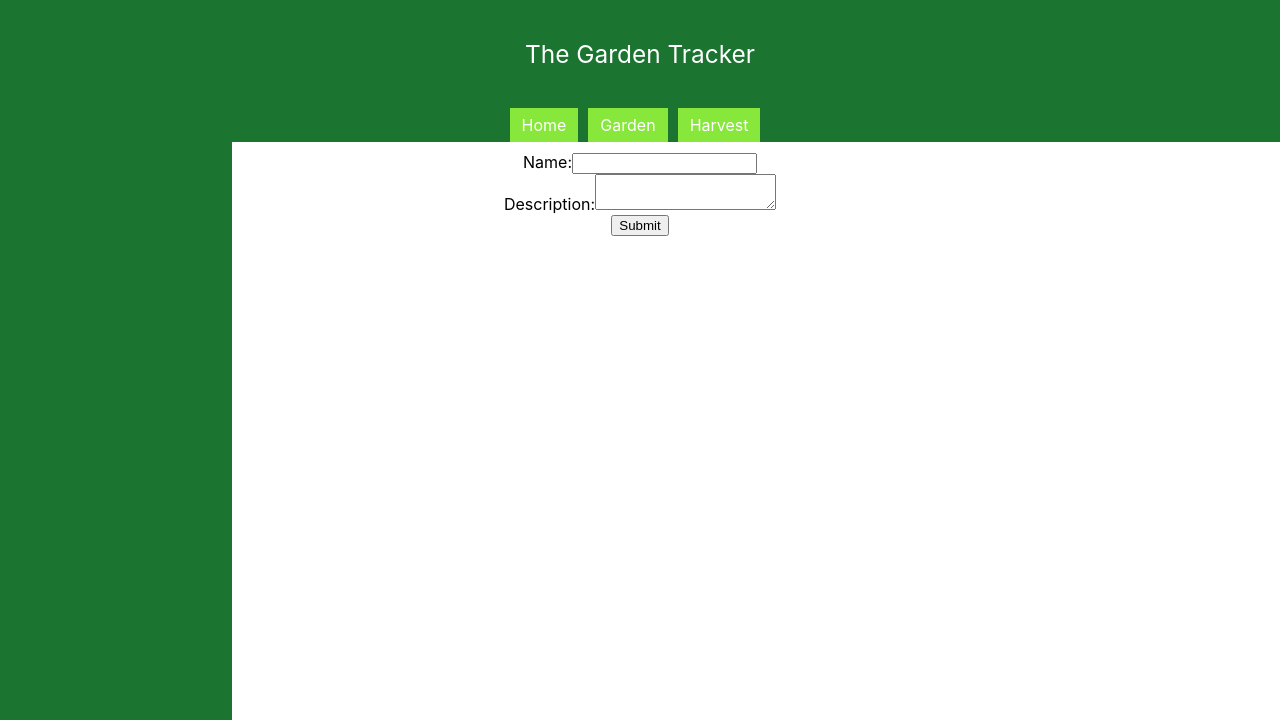
Repository: charliejp0311/ReactReduxFinal
Page: /garden (app in gardentracker/)
These files come from the project's save history. The page is drawn as it stood at one moment and after the next save; the edit follows.
The browser window is 1280 px wide. The pictures show the whole page.
The page's requests for data from a server got no answer. The project was rebuilt for these pictures with package versions that can differ from the ones it lists, and the page was loaded fresh each time. No one was signed in, and anything a server would have sent is missing. Also part of the build but not shown: gardentracker/src/containers/GardenbookContainer.js, gardentracker/src/components/GardenPlant.js, gardentracker/src/components/HarvestPlant.js, gardentracker/src/containers/HarvestContainer.js, gardentracker/src/components/UpdatePlantForm.js, gardentracker/src/components/NoteForm.js, gardentracker/src/components/noteList.js, gardentracker/src/containers/PlantContainer.js and 1 more.

Above is the page before, as saved 2020-11-12 10:57:48.

After the next save:
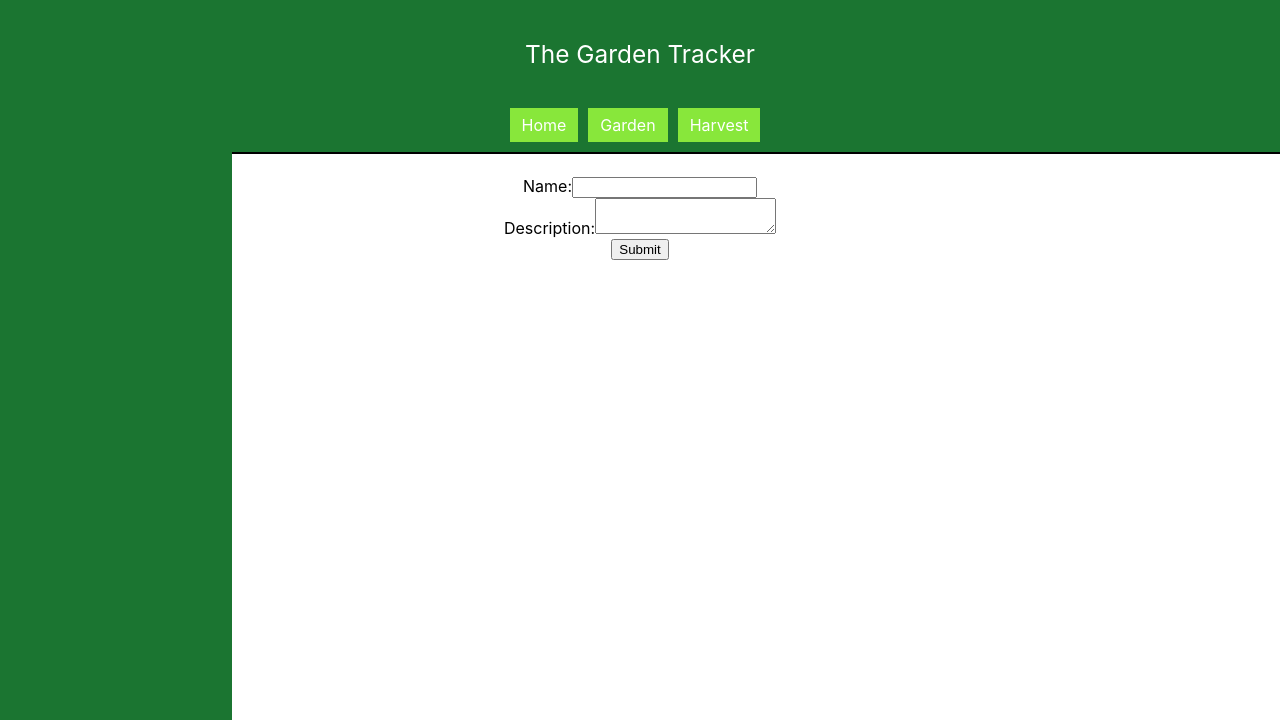
Saved 30 s later.
--- a/gardentracker/src/App.css
+++ b/gardentracker/src/App.css
@@ -106,9 +106,9 @@ ul {
   border-radius: 10px;
 }
 .navBar {
-  border-bottom: '2px solid black';
-  padding-bottom: '10px';
-  margin-bottom: '12px';
+  border-bottom: 2px solid black;
+  padding-bottom: 10px;
+  margin-bottom: 12px;
   background: #1b7531;
 }
 
